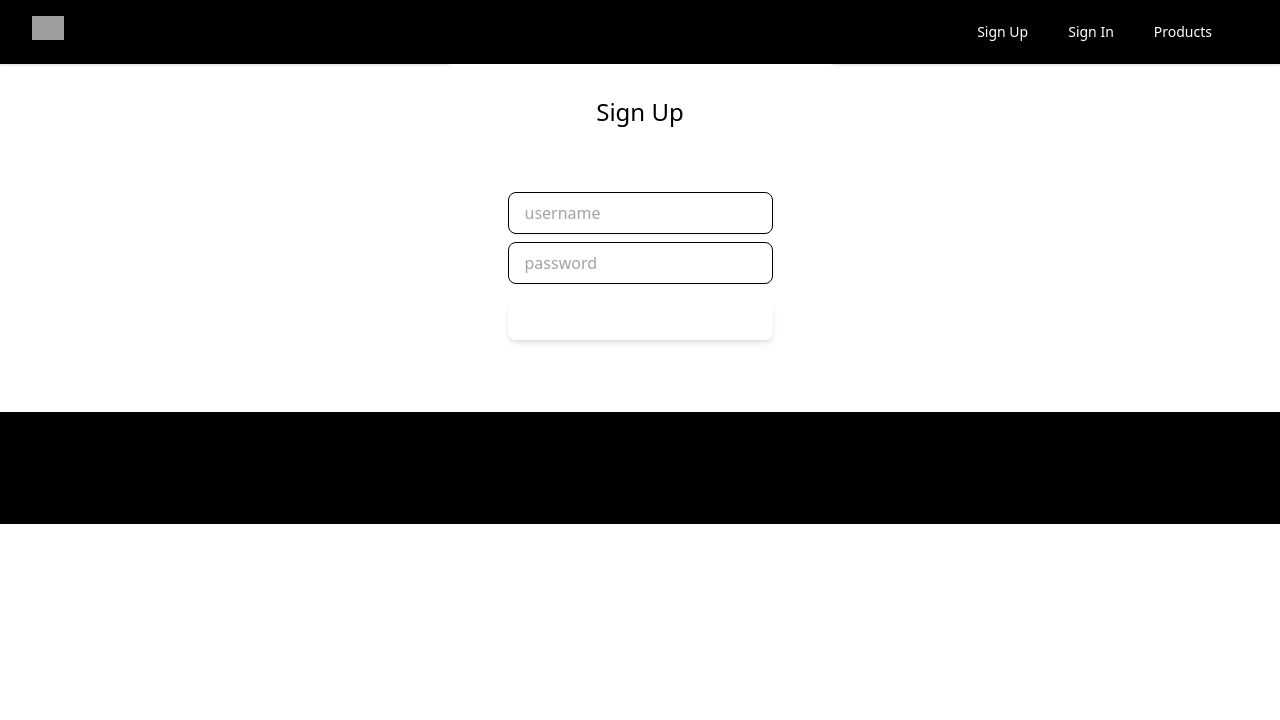
Repository: jesschoe/devup
Page: /signup (app in client/)
The author's editor kept a copy of each file at every save. The page is drawn from the files as they stood at one save, then again after the next save.
The browser window is 1280 px wide. The pictures show the whole page.
Pictures or frames that could not be fetched are drawn as grey boxes. The project was rebuilt for these pictures with package versions that can differ from the ones it lists, and the page was loaded fresh each time. Also part of the build but not shown: client/craco.config.js, client/src/screens/Home/Home.jsx, client/src/services/products.js, client/src/screens/ProductDetail/ProductDetail.jsx, client/src/screens/ProductEdit/ProductEdit.jsx, client/src/screens/ProductCreate/ProductCreate.jsx, client/src/screens/SignIn/SignIn.jsx, client/src/components/Product/Product.jsx and 2 more.

Above is the page before, as saved 2021-10-10 13:45:58.

### client/src/App.js
import './App.css';
import { Route } from "react-router-dom"
import Home from "./screens/Home/Home"
import ProductDetail from "./screens/ProductDetail/ProductDetail"
import ProductEdit from "./screens/ProductEdit/ProductEdit"
import ProductCreate from "./screens/ProductCreate/ProductCreate"
import SignUp from "./screens/SignUp/SignUp"
import SignIn from "./screens/SignIn/SignIn"
import Products from './screens/Products/Products';

function App() {
  return (
    <div className="App">
      <Route exact path="/">
        <Home />
      </Route>
      <Route exact path="/products">
       <Products />
      </Route>
      <Route path="/products/:id">
        <ProductDetail />
      </Route>
      <Route path="/products/:id/edit">
        <ProductEdit />
      </Route>
      <Route path="/add-product">
        <ProductCreate />
      </Route>
      <Route path="/signup">
        <SignUp />
      </Route>
      <Route path="/signin">
        <SignIn />
      </Route>
    </div>
  );
}

export default App;

### client/src/screens/SignUp/SignUp.jsx
import Layout from "../../components/Layout/Layout";
import { useState } from "react";
import { signUp } from "../../services/users";
import { useHistory } from "react-router-dom";

const SignUp = (props) => {
  const history = useHistory()

  const [form, setForm] = useState({
    username: "",
    email: "",
    password: "",
    passwordConfirmation: "",
    isError: false,
    errorMsg: "",
  });

  const handleChange = (e) =>
    setForm({
      ...form,
      [e.target.name]: e.target.value,
    })

    const onSignUp = async (e) => {
        e.preventDefault()
        const { setUser } = props
        try {
          const user = await signUp(form)
          setUser(user)
          history.push('/')
        } catch (error) {
          console.error(error)
          setForm({
            username: '',
            email: '',
            password: '',
            passwordConfirmation: '',
            isError: true,
            errorMsg: 'Sign Up Details Invalid',
          })
        }
      }
      const { username, email, password, passwordConfirmation } = form

      const renderError = () => {
        const toggleForm = form.isError ? 'danger' : ''
        if (form.isError) {
          return (
            <button type='submit' className={toggleForm}>
              {form.errorMsg}
            </button>
          )
        } else {
          return <button type='submit'>Sign Up</button>
        }
      }

  return (
      <Layout>
          <div className="flex justify-center">
        <div class="flex flex-col justify-center items-center max-w-md px-4 py-8 bg-white rounded-lg  sm:px-6 md:px-8 lg:px-10">
          <div class="self-center mb-2 text-xl font-light text-black sm:text-2xl dark:text-white">
            Sign Up
          </div>
          <div class="p-6 mt-8">
            <form onsubmit={onSignUp}>
              <div class="flex flex-col mb-2">
                <div class=" relative ">
                  <input
                    className=" rounded-lg border-transparent flex-1 appearance-none border border-gray-300 w-full py-2 px-4 bg-white text-gray-700 placeholder-gray-400 shadow-sm text-base focus:outline-none focus:ring-2 focus:ring-purple-600 focus:border-transparent"
                    required
                    type="text"
                    value={username}
                    onChange={handleChange}
                    placeholder="username"
                  />
                </div>
              </div>
              <div className="flex flex-col mb-2">
                <div className=" relative ">
                  <input
                    className=" rounded-lg border-transparent flex-1 appearance-none border border-gray-300 w-full py-2 px-4 bg-white text-gray-700 placeholder-gray-400 shadow-sm text-base focus:outline-none focus:ring-2 focus:ring-purple-600 focus:border-transparent"
                    required
                    type="password"
                    value={password}
                    onChange={handleChange}
                    placeholder="password"
                  />
                </div>
              </div>
              <div class="flex w-full my-4">
                <div
                  class="py-2 px-4  bg-purple-600 hover:bg-purple-700 focus:ring-purple-500 focus:ring-offset-purple-200 text-white w-full transition ease-in duration-200 text-center text-base font-semibold shadow-md focus:outline-none focus:ring-2 focus:ring-offset-2  rounded-lg "
                  type="submit"
                >
                  {renderError()}
                </div>
              </div>
            </form>
          </div>
        </div>
      </div>
      </Layout>
  )

};

export default SignUp;

### client/src/components/Layout/Layout.jsx
import Footer from '../Footer/Footer'
import Nav from '../Nav/Nav'

const Layout = (props) => {
  return (
    <div>
      <Nav />
      <div className="">
        {props.children}
      </div>
      <Footer />
    </div>
  )
}

export default Layout

### client/src/services/users.js
import api from './apiConfig'
import jwtDecode from 'jwt-decode'

export const signUp = async (credentials) => {
  try {
    const resp = await api.post('/sign-up', credentials)
    localStorage.setItem('token', resp.data.token)
    const user = jwtDecode(resp.data.token)
    return user
  } catch (error) {
    throw error
  }
}

export const signIn = async (credentials) => {
  try {
    const resp = await api.post('/sign-in', credentials)
    localStorage.setItem('token', resp.data.token)
    const user = jwtDecode(resp.data.token)
    return user
  } catch (error) {
    throw error
  }
}

export const signOut = async () => {
  try {
    localStorage.removeItem("token")
    return true
  } catch (error) {
    throw error
  }
}

export const changePassword = async (passwords, user) => {
  try {
    const resp = await api.post('/')
    return resp.data
  } catch (error) {
    throw error
  }
}

export const verifyUser = async () => {
  const token = localStorage.getItem('token')
  if (token) {
    const res = await api.get('/verify')
    return res.data
  }
  return false
}

### client/src/components/Footer/Footer.jsx
import React from "react";
import { Link } from "react-router-dom";
const Footer = () => {
  return (
    <div>
      <footer className="px-3 py-8 bg-black text-2 text-gray-500 transition-colors duration-200">
        <div className="flex flex-col">
          <div className="md:hidden mt-7 mx-auto w-11 h-px rounded-full"></div>
          <div class="mt-4 md:mt-0 flex flex-col md:flex-row">
            <nav className="flex-1 flex flex-col items-center justify-center md:items-end md:border-r border-gray-100 md:pr-5">
              <Link to="/" className="hover:text-white">
                About us
              </Link>
              <Link className="hover:text-white">Contacts</Link>
            </nav>
            <div className="md:hidden mt-4 mx-auto w-11 h-px rounded-full"></div>
            <div className="mt-4 md:mt-0 flex-1 flex items-center justify-center md:border-r border-gray-100 hover:text-white">
              <Link to="/">DevUp</Link>
            </div>
            <div className="md:hidden mt-4 mx-auto w-11 h-px rounded-full "></div>
            <div className="mt-7 md:mt-0 flex-1 flex flex-col items-center justify-center md:items-start md:pl-5">
              <svg
                xmlns="http://www.w3.org/2000/svg"
                width="30"
                height="30"
                fill="currentColor"
                className="text-xl hover:text-white transition-colors duration-200"
                viewBox="0 0 1792 1792"
              >
                <path d="M896 128q209 0 385.5 103t279.5 279.5 103 385.5q0 251-146.5 451.5t-378.5 277.5q-27 5-40-7t-13-30q0-3 .5-76.5t.5-134.5q0-97-52-142 57-6 102.5-18t94-39 81-66.5 53-105 20.5-150.5q0-119-79-206 37-91-8-204-28-9-81 11t-92 44l-38 24q-93-26-192-26t-192 26q-16-11-42.5-27t-83.5-38.5-85-13.5q-45 113-8 204-79 87-79 206 0 85 20.5 150t52.5 105 80.5 67 94 39 102.5 18q-39 36-49 103-21 10-45 15t-57 5-65.5-21.5-55.5-62.5q-19-32-48.5-52t-49.5-24l-20-3q-21 0-29 4.5t-5 11.5 9 14 13 12l7 5q22 10 43.5 38t31.5 51l10 23q13 38 44 61.5t67 30 69.5 7 55.5-3.5l23-4q0 38 .5 88.5t.5 54.5q0 18-13 30t-40 7q-232-77-378.5-277.5t-146.5-451.5q0-209 103-385.5t279.5-279.5 385.5-103zm-477 1103q3-7-7-12-10-3-13 2-3 7 7 12 9 6 13-2zm31 34q7-5-2-16-10-9-16-3-7 5 2 16 10 10 16 3zm30 45q9-7 0-19-8-13-17-6-9 5 0 18t17 7zm42 42q8-8-4-19-12-12-20-3-9 8 4 19 12 12 20 3zm57 25q3-11-13-16-15-4-19 7t13 15q15 6 19-6zm63 5q0-13-17-11-16 0-16 11 0 13 17 11 16 0 16-11zm58-10q-2-11-18-9-16 3-14 15t18 8 14-14z"></path>
              </svg>
            </div>
          </div>
        </div>
      </footer>
    </div>
  );
};

export default Footer;

### client/src/components/Nav/Nav.jsx
import { NavLink } from "react-router-dom";
import MobileNav from "../MobileNav/MobileNav";

const Nav = () => {
  return (
    <div>
      <nav className="bg-black dark:bg-gray-800  shadow ">
        <div className="max-w-7xl mx-auto px-8">
          <div className="flex items-center justify-between h-16">
            <div className="w-full justify-between flex items-center">
              <NavLink className="h-8 w-8" to="/">
                <img src="../../../public/logo.png" alt="Devup Logo" />{" "}
              </NavLink>
              <div className="hidden md:block">
                <div className="ml-10 flex items-baseline space-x-4">
                  <NavLink
                    className="text-white hover:text-indigo-400 px-3 py-2 rounded-md text-sm font-medium"
                    to="/signup"
                  >
                    Sign Up
                  </NavLink>
                  <NavLink
                    className="text-white hover:text-indigo-400 px-3 py-2 rounded-md text-sm font-medium"to="/signin">
                    Sign In
                  </NavLink>
                  <NavLink className="text-white hover:text-indigo-400 px-3 py-2 rounded-md text-sm font-medium"to="/products">
                    Products
                  </NavLink>
                </div>
              </div>
            </div>
            <div className="block">
              <div className="ml-4 flex items-center md:ml-6"></div>
            </div>
            <div className="-mr-2 flex md:hidden">
              <button className="text-white inline-flex items-center justify-center p-2 rounded-md focus:outline-none">
                <svg
                  width="20"
                  height="20"
                  fill="currentColor"
                  className="h-8 w-8"
                  viewBox="0 0 1792 1792"
                  xmlns="http://www.w3.org/2000/svg"
                >
                  <path d="M1664 1344v128q0 26-19 45t-45 19h-1408q-26 0-45-19t-19-45v-128q0-26 19-45t45-19h1408q26 0 45 19t19 45zm0-512v128q0 26-19 45t-45 19h-1408q-26 0-45-19t-19-45v-128q0-26 19-45t45-19h1408q26 0 45 19t19 45zm0-512v128q0 26-19 45t-45 19h-1408q-26 0-45-19t-19-45v-128q0-26 19-45t45-19h1408q26 0 45 19t19 45z"></path>
                </svg>
              </button>
            </div>
          </div>
        </div>
        <div className="md:hidden">
          <MobileNav />
        </div>
      </nav>
    </div>
  );
};

export default Nav;

### client/src/services/apiConfig.js
import axios from 'axios'

const getToken = () => {
    return new Promise(resolve => {
        resolve(`Bearer ${localStorage.getItem('token') || null}`)
    })
}

const api = axios.create({
    baseURL: process.env.NODE_ENV === 'production'
        ? 'https://devupapp.herokuapp.com//api'
        : 'http://localhost:3000/api'
})

api.interceptors.request.use(async function (config) {
    config.headers['Authorization'] = await getToken()
    return config
}, function (error) {
    console.log('Request error: ', error)
    return Promise.reject(error)
});

export default api

### client/src/components/MobileNav/MobileNav.jsx
import { NavLink } from "react-router-dom";

const MobileNav = () => {
  return (
    <div className="px-2 pt-2 pb-3 space-y-1 sm:px-3">
      <NavLink
        className="text-white hover:text-indigo-400 px-3 py-2 rounded-md text-sm font-medium block"
        to="/signup">
        Sign Up
      </NavLink>
      <NavLink
        className="text-white hover:text-indigo-400 px-3 py-2 rounded-md text-sm font-medium block"
        to="/signin">
        Sign In
      </NavLink>
      <NavLink
        className="text-white hover:text-indigo-400 px-3 py-2 rounded-md text-sm font-medium block"
        to="/products">
        Products
      </NavLink>
    </div>
  );
};

export default MobileNav;

### client/tailwind.config.js


module.exports = {
  purge: ['./src/**/*.{js,jsx,ts,tsx}', './public/index.html'],
  darkMode: false, // or 'media' or 'class'
  theme: {
    extend: {},
    colors: {
      background: '#262626',
      primary: '#BABABA',
      orange: '#FFA800',
      purple: '#B371DB',
      white: '#ffffff',
      black: '#000000'
    },
  },
  variants: {
    extend: {},
  },
  plugins: [],
}

Loaded but not shown: client/public/index.html (common file); client/src/index.js (common file); client/src/index.css (common file); client/src/reportWebVitals.js (common file); client/src/App.css (common file)

After the next save:
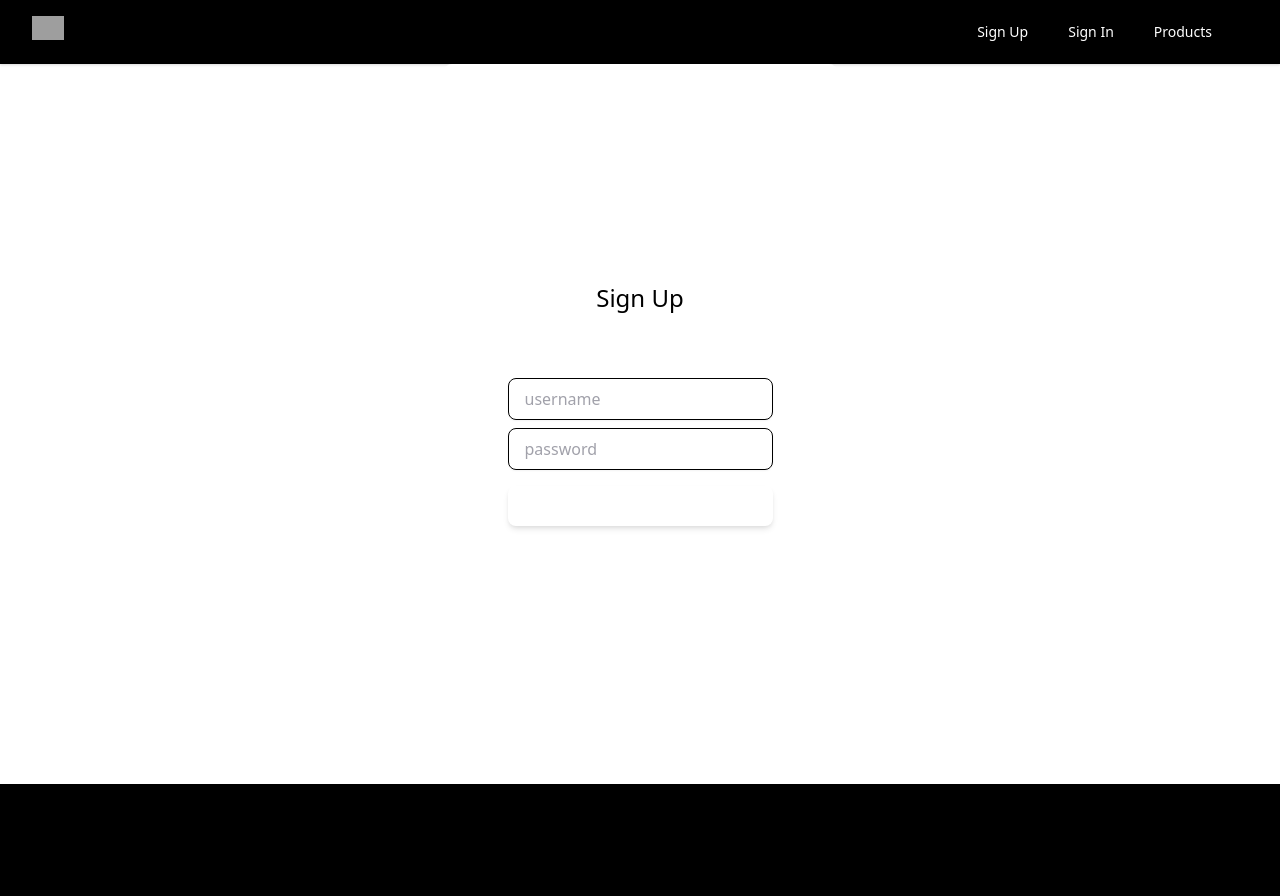
Saved 111 s later.
--- a/client/src/screens/SignUp/SignUp.jsx
+++ b/client/src/screens/SignUp/SignUp.jsx
@@ -57,7 +57,7 @@
 
   return (
       <Layout>
-          <div className="flex justify-center">
+          <div className="flex justify-center min-h-screen">
         <div class="flex flex-col justify-center items-center max-w-md px-4 py-8 bg-white rounded-lg  sm:px-6 md:px-8 lg:px-10">
           <div class="self-center mb-2 text-xl font-light text-black sm:text-2xl dark:text-white">
             Sign Up

After the save that followed:
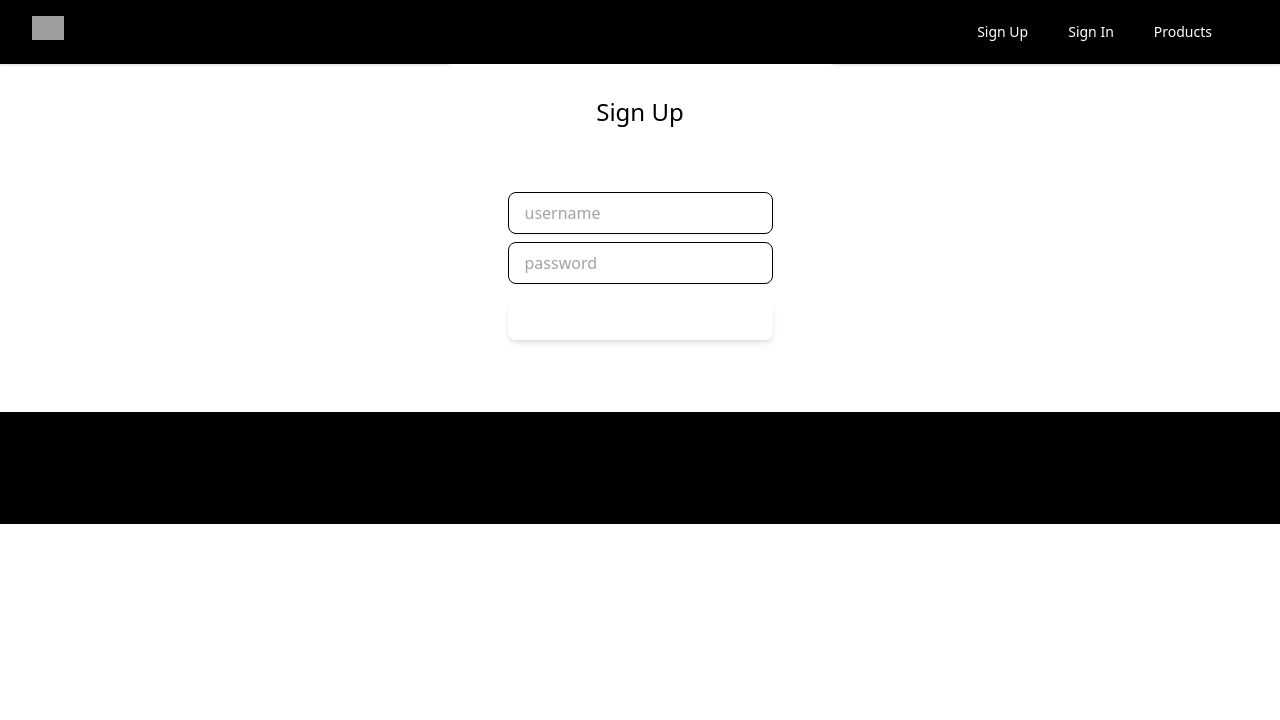
Saved 6 s later.
--- a/client/src/screens/SignUp/SignUp.jsx
+++ b/client/src/screens/SignUp/SignUp.jsx
@@ -57,7 +57,7 @@
 
   return (
       <Layout>
-          <div className="flex justify-center min-h-screen">
+          <div className="flex justify-center">
         <div class="flex flex-col justify-center items-center max-w-md px-4 py-8 bg-white rounded-lg  sm:px-6 md:px-8 lg:px-10">
           <div class="self-center mb-2 text-xl font-light text-black sm:text-2xl dark:text-white">
             Sign Up
